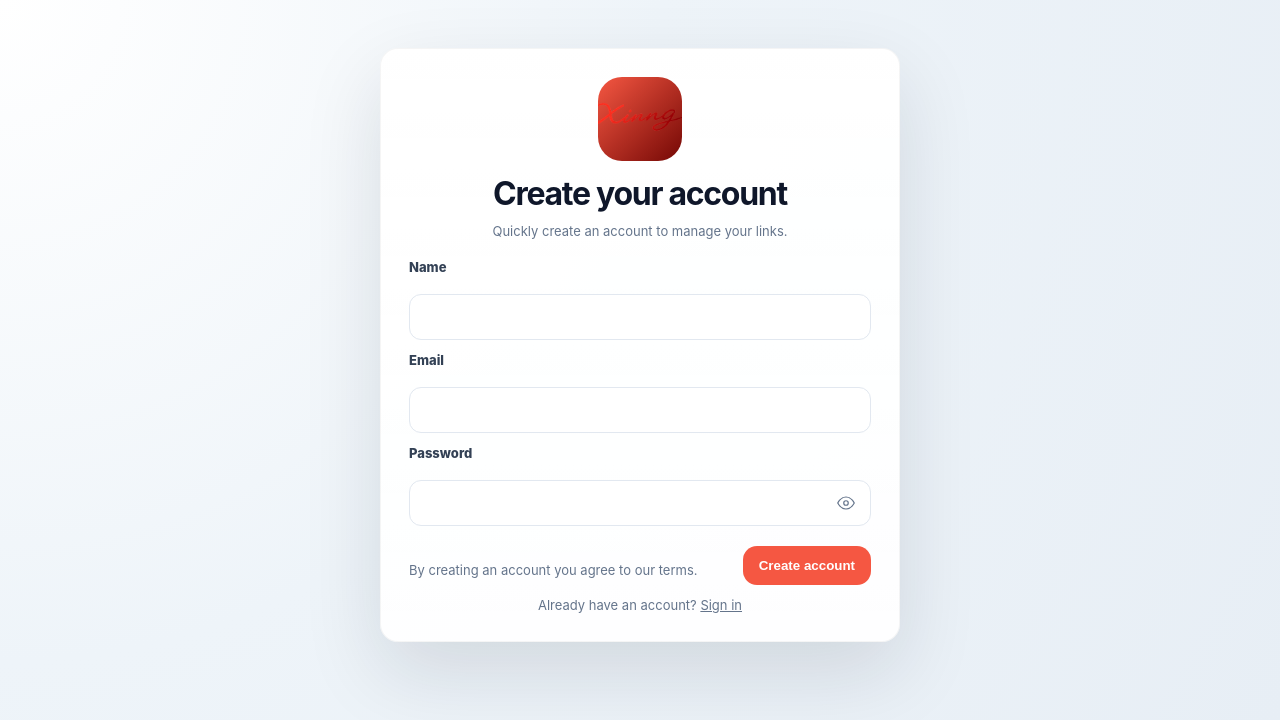
Repository: AyendiSimeon1/xinngqr
Page: http://localhost/xinngqr/signup.php
An editor plug-in stored every save of this project. The page is shown before and after the next save, followed by the edit.
The browser window is 1280 px wide. The pictures show the whole page.
The page is run by PHP 8.4 with error messages shown; the project is at /var/www/html/.

Above is the page before, as saved 2026-06-19 00:20:31.

### signup.php
<?php
require_once __DIR__.'/config.php';
session_start();
$errors = [];
$success = false;
if ($_SERVER['REQUEST_METHOD'] === 'POST') {
    $name = trim($_POST['name'] ?? '');
    $email = trim($_POST['email'] ?? '');
  $slug_raw = trim($_POST['slug'] ?? '');
    $password = $_POST['password'] ?? '';
    if ($name === '' || $email === '' || $password === '') {
        $errors[] = 'All fields are required.';
    } elseif (!filter_var($email, FILTER_VALIDATE_EMAIL)) {
        $errors[] = 'Provide a valid email address.';
    } else {
        $pdo = get_db_connection();
        if ($pdo) {
            // Minimal user creation for demo only
            $hash = password_hash($password, PASSWORD_DEFAULT);
            try {
        // create user and initial page inside a transaction
        $pdo->beginTransaction();
        $stmt = $pdo->prepare('INSERT INTO users (uuid, name, email, password_hash, created_at, updated_at) VALUES (UUID(), ?, ?, ?, NOW(), NOW())');
        $stmt->execute([$name, $email, $hash]);
        $newId = $pdo->lastInsertId();

        // build slug: prefer provided, fallback to name
        $make_slug = function($s){
          $s = mb_strtolower($s, 'UTF-8');
          $s = preg_replace('/[^a-z0-9]+/u', '-', $s);
          $s = trim($s, '-');
          if ($s === '') {
            return 'u'.bin2hex(random_bytes(3));
          }
          return $s;
        };
        $base_slug = $slug_raw !== '' ? $make_slug($slug_raw) : $make_slug($name);

        // ensure unique slug
        $slug = $base_slug;
        $i = 0;
        $check = $pdo->prepare('SELECT COUNT(*) FROM pages WHERE slug = ?');
        while (true) {
          $check->execute([$slug]);
          $cnt = (int)$check->fetchColumn();
          if ($cnt === 0) break;
          $i++;
          $slug = $base_slug . '-' . $i;
        }

        // create initial page
        $title = $name ?: $slug;
        $stmt = $pdo->prepare('INSERT INTO pages (user_id, slug, title, created_at, updated_at) VALUES (?, ?, ?, NOW(), NOW())');
        $stmt->execute([$newId, $slug, $title]);

        $pdo->commit();
        // auto-login and redirect to dashboard
        $_SESSION['user_id'] = $newId;
        $_SESSION['user_name'] = $name;
        header('Location: dashboard.php');
        exit;
            } catch (PDOException $e) {
        if ($pdo && $pdo->inTransaction()) {
          $pdo->rollBack();
        }
        if (strpos($e->getMessage(), 'Duplicate') !== false) {
          $errors[] = 'An account with that email already exists.';
        } else {
          $errors[] = 'Database error. Check logs.';
          error_log($e->getMessage());
        }
            }
        } else {
            $errors[] = 'Unable to connect to the database.';
        }
    }
}
?>
<!doctype html>
<html lang="en">
<head>
  <meta charset="utf-8">
  <meta name="viewport" content="width=device-width,initial-scale=1">
  <title>Sign up — <?= htmlspecialchars($APP_NAME) ?></title>
  <link rel="stylesheet" href="assets/style.css">
</head>
<body>
  <main class="auth-wrap">
    <section class="auth-card">
      <div class="auth-head">
        <div class="logo"><img src="assets/logo.svg" alt="logo"></div>
        <h1>Create your account</h1>
        <p class="small">Quickly create an account to manage your links.</p>
      </div>

      <?php if ($success): ?>
        <div class="notice">Account created. You can now <a href="signin.php">sign in</a>.</div>
      <?php endif; ?>

      <?php foreach ($errors as $err): ?>
        <div class="error"><?= htmlspecialchars($err) ?></div>
      <?php endforeach; ?>

      <form method="post" class="auth-form" novalidate>
        <label>Name</label>
        <input name="name" type="text" required value="<?= htmlspecialchars($_POST['name'] ?? '') ?>">

        <label>Email</label>
        <input name="email" type="email" required value="<?= htmlspecialchars($_POST['email'] ?? '') ?>">

        <label>Password</label>
        <div class="pw-wrap">
          <input id="signup-password" name="password" type="password" required>
          <button type="button" class="eye-toggle" data-target="signup-password" aria-label="Toggle password visibility">
            <svg width="18" height="18" viewBox="0 0 24 24" fill="none" stroke="currentColor" stroke-width="1.6" stroke-linecap="round" stroke-linejoin="round"><path d="M1 12s4-8 11-8 11 8 11 8-4 8-11 8S1 12 1 12z"/><circle cx="12" cy="12" r="3"/></svg>
          </button>
        </div>

        <div class="form-foot">
          <small class="small">By creating an account you agree to our terms.</small>
          <button class="btn brand-gradient-btn" type="submit">Create account</button>
        </div>
      </form>

      <div style="text-align:center;margin-top:12px" class="small">Already have an account? <a href="signin.php">Sign in</a></div>
    </section>
  </main>

  <script>
  (function(){
    const eye = '<svg width="18" height="18" viewBox="0 0 24 24" fill="none" stroke="currentColor" stroke-width="1.6" stroke-linecap="round" stroke-linejoin="round"><path d="M1 12s4-8 11-8 11 8 11 8-4 8-11 8S1 12 1 12z"/><circle cx="12" cy="12" r="3"/></svg>';
    const eyeOff = '<svg width="18" height="18" viewBox="0 0 24 24" fill="none" stroke="currentColor" stroke-width="1.6" stroke-linecap="round" stroke-linejoin="round"><path d="M17.94 17.94A10.94 10.94 0 0 1 12 20c-7 0-11-8-11-8a21.86 21.86 0 0 1 5.07-6.11"/><path d="M1 1l22 22"/></svg>';
    document.querySelectorAll('.eye-toggle').forEach(btn=>{
      const target = document.getElementById(btn.dataset.target);
      if(!target) return;
      btn.innerHTML = eye;
      btn.addEventListener('click', ()=>{
        if(target.type === 'password'){ target.type = 'text'; btn.innerHTML = eyeOff; } else { target.type = 'password'; btn.innerHTML = eye; }
      });
    });
  })();
  </script>
</body>
</html>

### config.php
<?php
// QR Link Manager Configuration
// Change these before uploading publicly.

$APP_NAME = "xin_ng";
$BRAND_TAGLINE = "Show your self!";

// Default admin password: changeMe123!
// Generate a new hash at: /admin.php?make_hash=YOUR_NEW_PASSWORD
$ADMIN_PASSWORD_HASH = '$2y$10$7uL.r0Qr52/V9OaMT03yXuVtCr4f1sW53orhjxiiHQxZw.7UqWpf.';

// Optional: set your final public URL here after upload, e.g. https://yourdomain.com/links/
// Leave blank to auto-detect current URL.
$PUBLIC_URL = "127.0.0.1/xinngqr/";

// QR code brand label shown under QR image.
$QR_LABEL = "xinng";

// -------------------------
// Database configuration
// Update `DB_USER` / `DB_PASS` for your environment (XAMPP default: root / empty)
if (!defined('DB_HOST')) define('DB_HOST', 'localhost');
if (!defined('DB_NAME')) define('DB_NAME', 'xin_ng');
if (!defined('DB_USER')) define('DB_USER', 'root');
if (!defined('DB_PASS')) define('DB_PASS', '');
if (!defined('DB_CHARSET')) define('DB_CHARSET', 'utf8mb4');

function get_db_connection(): ?PDO {
	static $pdo = null;
	if ($pdo instanceof PDO) return $pdo;
	$dsn = 'mysql:host='.DB_HOST.';dbname='.DB_NAME.';charset='.DB_CHARSET;
	$opts = [
		PDO::ATTR_ERRMODE => PDO::ERRMODE_EXCEPTION,
		PDO::ATTR_DEFAULT_FETCH_MODE => PDO::FETCH_ASSOC,
		PDO::ATTR_PERSISTENT => false,
	];
	try {
		$pdo = new PDO($dsn, DB_USER, DB_PASS, $opts);
		return $pdo;
	} catch (PDOException $e) {
		error_log('DB connection failed: '.$e->getMessage());
		return null;
	}
}
?>

### assets/style.css
:root{
  --bg:#f6f8fb;
  --card:#ffffff;
  --text:#0f172a;
  --muted:#64748b;
  --line:#e2e8f0;
  --brand:#f55742; /* primary gradient start */
  --brand-2:#750805; /* gradient end */
  --brand-dark:#5a1203;
  --danger:#b91c1c;
}
*{box-sizing:border-box}
body{
  margin:0;
  font-family:Inter,system-ui,-apple-system,BlinkMacSystemFont,"Segoe UI",sans-serif;
  background:radial-gradient(circle at top left,#ffffff 0,#eef4f9 45%,#e7eef5 100%);
  color:var(--text);
  min-height:100vh;
}
a{color:inherit}
.page{
  width:min(100%,720px);
  margin:0 auto;
  padding:32px 18px 48px;
}
.card{
  background:rgba(255,255,255,.92);
  border:1px solid rgba(226,232,240,.85);
  border-radius:28px;
  box-shadow:0 24px 70px rgba(15,23,42,.08);
  padding:28px;
}
.profile{text-align:center;margin-bottom:22px}
.logo{
  width:84px;height:84px;border-radius:24px;
  display:inline-flex;align-items:center;justify-content:center;
  background:linear-gradient(135deg,var(--brand),var(--brand-2));
  color:white;font-weight:800;font-size:28px;letter-spacing:-1px;
  margin-bottom:16px;overflow:hidden;
}
.logo img{width:100%;height:100%;object-fit:cover}
h1{font-size:32px;line-height:1.05;margin:0 0 10px;letter-spacing:-.04em}
p{margin:0;color:var(--muted);line-height:1.55}
.links{display:grid;gap:12px;margin-top:22px}
.link-btn{
  display:flex;align-items:center;justify-content:space-between;gap:14px;
  text-decoration:none;background:#fff;border:1px solid var(--line);
  border-radius:18px;padding:16px 18px;font-weight:700;
  transition:.18s ease;box-shadow:0 8px 24px rgba(15,23,42,.04)
}
.link-btn:hover{transform:translateY(-1px);border-color:#b6c8d8;box-shadow:0 12px 28px rgba(15,23,42,.08)}
.arrow{color:var(--brand);font-size:20px}
.qr-wrap{margin-top:24px;text-align:center;padding-top:24px;border-top:1px solid var(--line)}
.qr-img{width:190px;height:190px;border-radius:18px;background:white;padding:10px;border:1px solid var(--line)}
.small{font-size:13px;color:var(--muted);margin-top:10px}
.footer{text-align:center;margin-top:18px;font-size:12px;color:#94a3b8}
.admin-shell{width:min(100%,920px);margin:0 auto;padding:28px 18px 60px}
.topbar{display:flex;align-items:center;justify-content:space-between;gap:16px;margin-bottom:18px}
.admin-grid{display:grid;grid-template-columns:1fr;gap:16px}
.form-card{background:white;border:1px solid var(--line);border-radius:20px;padding:18px}
label{display:block;font-size:13px;font-weight:800;color:#334155;margin-bottom:7px}
input,textarea,select{
  width:100%;border:1px solid var(--line);border-radius:12px;padding:12px 13px;
  font:inherit;background:#fff;color:var(--text);outline:none
}
input:focus,textarea:focus{border-color:var(--brand);box-shadow:0 0 0 3px rgba(7,91,139,.12)}

/* Form styles for auth pages */
.auth-wrap{min-height:70vh;display:flex;align-items:center;justify-content:center;padding:48px 18px}
.auth-card{width:min(520px,96%);border-radius:18px;padding:28px;background:linear-gradient(180deg,rgba(255,255,255,0.96),rgba(255,255,255,0.92));box-shadow:0 30px 80px rgba(17,24,39,.12);border:1px solid rgba(0,0,0,.04)}
.auth-head{text-align:center;margin-bottom:18px}
.auth-form{display:grid;gap:12px;margin-top:10px}
.form-foot{display:flex;justify-content:space-between;align-items:center;margin-top:8px}
.brand-gradient-btn{background:linear-gradient(90deg,var(--brand),var(--brand-2));border:0;color:white}

/* Dark mode */
@media (prefers-color-scheme: dark){
  :root{--bg:#071018;--card:#08121a;--text:#e6eef6;--muted:#94a3b8;--line:rgba(255,255,255,.06)}
  body{background:linear-gradient(180deg,#03050a,#071018);color:var(--text)}
  .card,.auth-card{background:linear-gradient(180deg,rgba(255,255,255,0.03),rgba(255,255,255,0.02));border:1px solid rgba(255,255,255,.04)}
  input,textarea,select{background:#071427;color:var(--text);border:1px solid rgba(255,255,255,.06)}
  .logo{box-shadow:0 8px 30px rgba(0,0,0,.6)}
}

/* eye toggle for password fields */
.eye-toggle{position:absolute;right:10px;top:50%;transform:translateY(-50%);border:0;background:transparent;cursor:pointer;padding:6px;display:flex;align-items:center;justify-content:center;color:var(--muted)}
.pw-wrap{position:relative}
.row{display:grid;grid-template-columns:1fr 1fr;gap:12px}
.btn{
  border:0;border-radius:14px;padding:12px 16px;background:var(--brand);color:white;
  font-weight:800;cursor:pointer;text-decoration:none;display:inline-flex;align-items:center;justify-content:center;gap:8px
}
.btn:hover{background:var(--brand-dark)}
.btn.secondary{background:#e2e8f0;color:#0f172a}
.btn.danger{background:var(--danger)}
.actions{display:flex;gap:10px;flex-wrap:wrap;margin-top:16px}
.notice{padding:12px 14px;border-radius:14px;background:#ecfdf5;color:#065f46;margin-bottom:14px;font-weight:700}
.error{padding:12px 14px;border-radius:14px;background:#fef2f2;color:#991b1b;margin-bottom:14px;font-weight:700}
.link-edit{border:1px solid var(--line);border-radius:16px;padding:14px;margin-top:12px;background:#f8fafc}
.check{display:flex;align-items:center;gap:10px;margin-top:10px;font-weight:700;color:#334155}
.check input{width:auto}
@media(max-width:640px){.row{grid-template-columns:1fr}.topbar{display:block}.topbar .actions{margin-top:12px}h1{font-size:28px}.card{padding:22px;border-radius:24px}}

### assets/logo.svg
<svg version="1.2" xmlns="http://www.w3.org/2000/svg" viewBox="0 0 1736 906" width="1736" height="906"><defs><image  width="1736" height="906" id="img1" href="data:[embedded picture, 1046262 characters]"/></defs><style></style><use  href="#img1" x="0" y="0"/></svg>

After the next save:
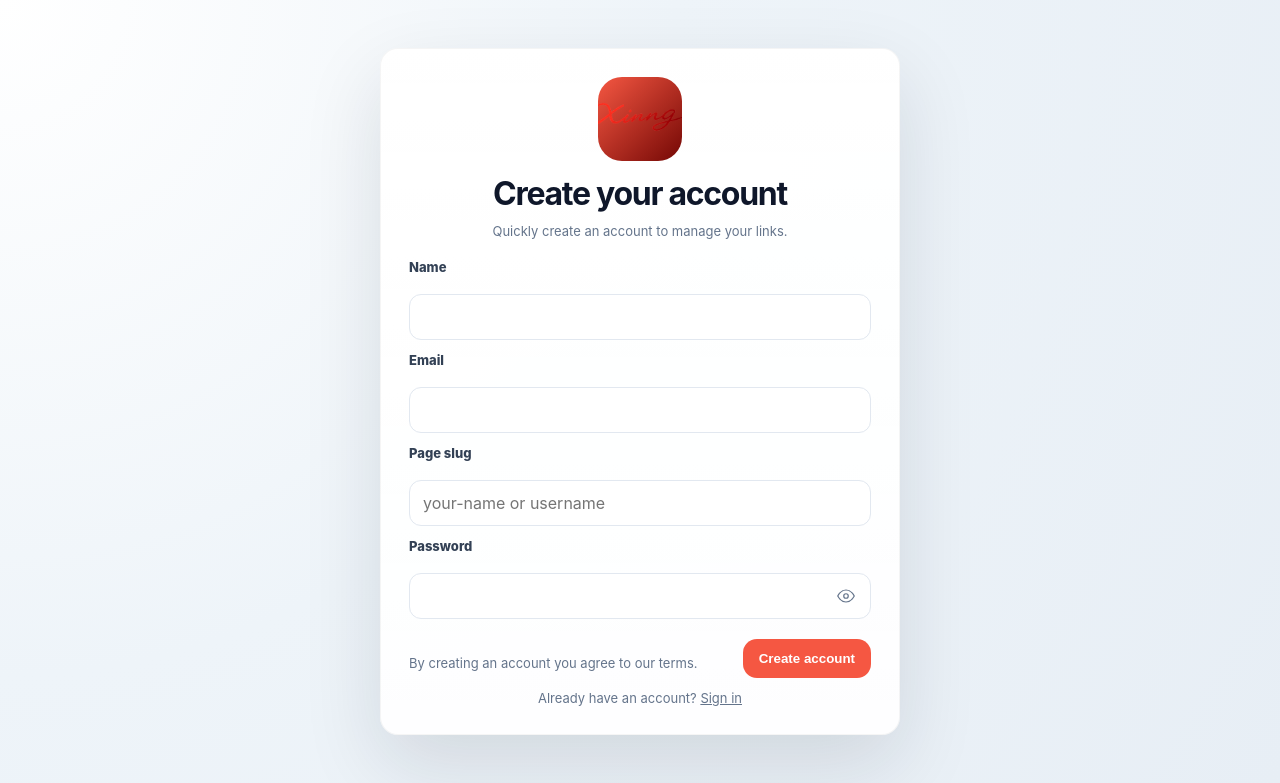
Saved 6 s later.
--- a/signup.php
+++ b/signup.php
@@ -108,6 +108,9 @@ if ($_SERVER['REQUEST_METHOD'] === 'POST') {
         <label>Email</label>
         <input name="email" type="email" required value="<?= htmlspecialchars($_POST['email'] ?? '') ?>">
 
+        <label>Page slug</label>
+        <input name="slug" type="text" placeholder="your-name or username" value="<?= htmlspecialchars($_POST['slug'] ?? '') ?>">
+
         <label>Password</label>
         <div class="pw-wrap">
           <input id="signup-password" name="password" type="password" required>
